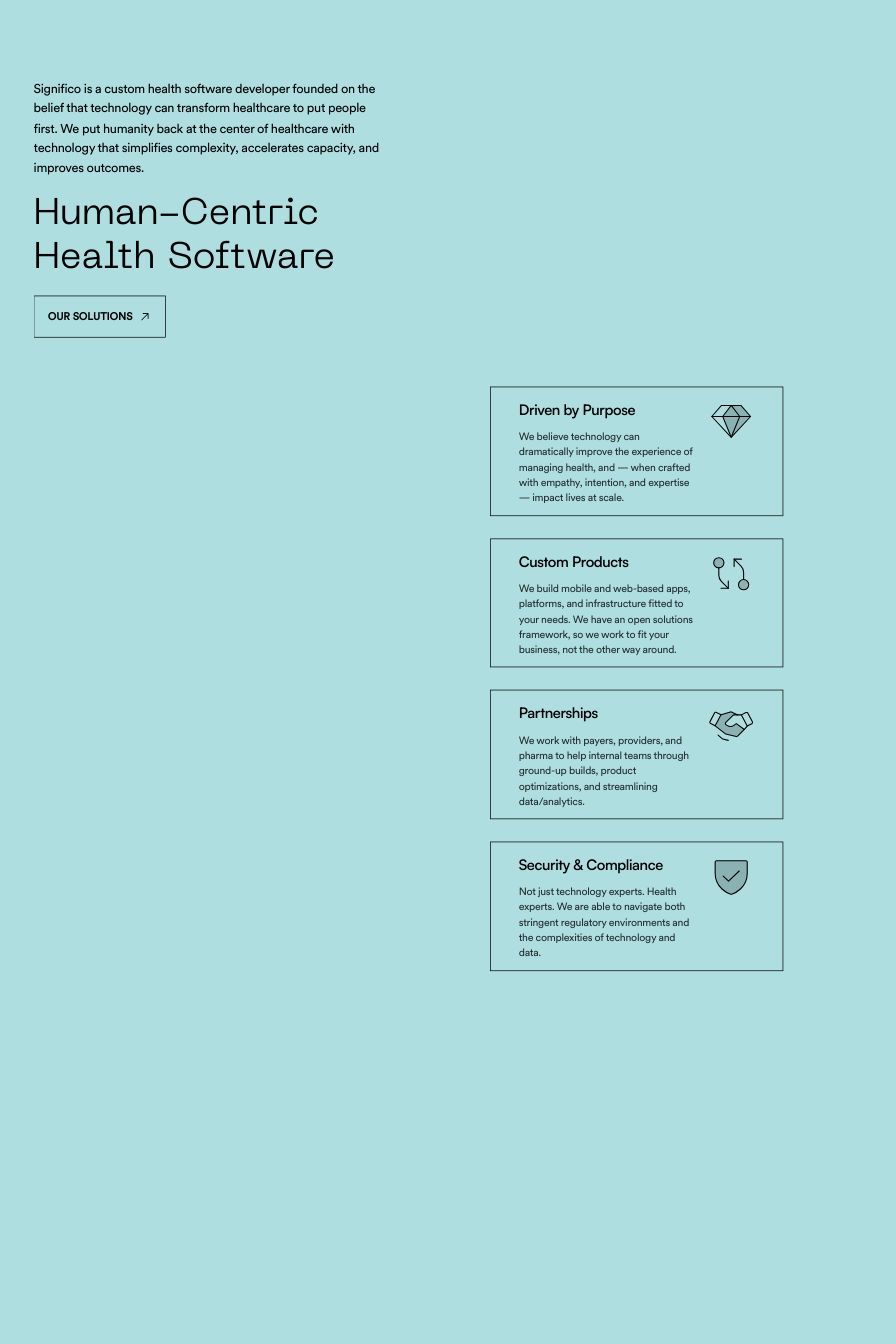
Repository: nikhilsinghrathore1/CAC_Ki_Majdoori
Page: /
The author's editor kept a copy of each file at every save. The page is drawn from the files as they stood at one save, then again after the next save.
The browser window is 1280 px wide. The pictures show the part of the page from y = 816 to 2736 px (the page is 2736 px tall), at 70% of full size.
The project was rebuilt for these pictures with package versions that can differ from the ones it lists, and the page was loaded fresh each time. Also part of the build but not shown: vite.config.ts.

Above is the page before, as saved 2024-07-25 10:41:59.

### index.html
<!doctype html>
<html lang="en">
  <head>
    <meta charset="UTF-8" />
    <link rel="icon" type="image/svg+xml" href="/vite.svg" />
    <meta name="viewport" content="width=device-width, initial-scale=1.0" />
    <title>CAC Not hopefully test draft</title>
  </head>
  <body>
    <div id="root"></div>
    <script type="module" src="/src/main.tsx"></script>
  </body>
</html>

### src/App.tsx

import './App.css'
import Landing from './Pages/Landing'
import SecondTest from './Pages/SecondTest'
import ThirdTest from './Pages/ThirdTest'

function App() {

  return (
    <>
      <Landing/>
      <SecondTest/>
      <ThirdTest/>
    </>
  )
}

export default App

### src/index.css
@tailwind base;
@tailwind components;
@tailwind utilities;

/* Hide scrollbar for Chrome, Safari and Opera */
*::-webkit-scrollbar {
            width: 3px;


}

### src/App.css
@font-face {
  font-family: font1;
  src: url("/PPNeueMontreal-Regular.ttf");
}

@font-face {
  font-family: font2;
  src: url("/659dbdfd5a080be8d3483173_Satoshi-Variable.ttf");
}
 @font-face {
  font-family: font4;
  src: url("/public/CircularXXWeb-Book.ttf");
}
@font-face {
  font-family: font3;
  src: url("/659dbdfd5a080be8d348316e_PP\ Neue\ Machina\ Inktrap\ Medium.ttf");
}
@font-face {
  font-family: font5;
  src: url("/public/659dbdfd5a080be8d348316f_PPNeueMachina_\ Light.ttf");
}

.f1{
  font-family: font1;
}
.f2{
  font-family: font2;
}

.f3{
  font-family: font3;
}
.f4{
  font-family: font4;
}
.f5{
  font-family: font5;
}
.transi{
  transition: all 0.5s ease-out;
}

### src/Pages/SecondTest.tsx
import React from 'react'
import Marquee from '../components/Marquee'

const SecondTest = () => {
  return (
               <>

               <div className='w-full h-screen bg-[#AEDEE0] relative   '>

               <div className='w-full text-center f2 font-semibold text-[23.5px] leading-none pt-[90px] tracking-wide'>
                 <h1 className='mb-4'>We foster growth through success</h1>
                 <h1>that is more than just a club:</h1>
               </div>

<div className='absolute top-[55%] left-1/2 -translate-x-1/2 -translate-y-1/2 w-full whitespace-nowrap overflow-hidden '>
               <Marquee text={["emphatatic" ,"useful","intuitive" , "nikoChan"]} dist={20}/>
               <Marquee text={["emphatatic" ,"useful","intuitive" , "nikoChan"]} dist={40}/>
               <Marquee text={["emphatatic" ,"useful","intuitive" , "nikoChan"]} dist={30}/>
               <Marquee text={["emphatatic" ,"useful","intuitive" , "nikoChan"]} dist={80}/>

</div>
</div>
</>
  )
}

export default SecondTest

### src/Pages/ThirdTest.tsx
import React from 'react'
import { GoArrowUpRight } from "react-icons/go";
import InsideAbout from '../components/InsideAbout';


const ThirdTest = () => {
  return (
    <div className='w-full h-[280vh] justify-between bg-[#AEDEE0] flex items-start px-12'>
               <div className='w-[41.9%] mt-20 pt-32 sticky top-0'>
                           <p className='f4 text-[1.14rem] font-normal tracking-tight leading-[1.78rem]'>Significo is a custom health software developer founded on the belief that technology can transform healthcare to put people first. We put humanity back at the center of healthcare with technology that simplifies complexity, accelerates capacity, and improves outcomes. </p>

                           <h1 className='f5 text-[3.3rem] mt-5 leading-[4rem]'>Human-Centric Health Software</h1>

                           <div className='w-[38%] h-[60px] mt-5 border border-black font-semibold uppercase flex items-center gap-2 text-[15px]  f4 justify-center'>
                              <h1 className='flex items-center gap-2'>our Solutions <GoArrowUpRight className='text-[1.2rem] '/></h1>
                           </div>
               </div>
               <div className='w-[50%]   h-full pt-[90vh] pl-12'>
                              <div className=' w-[77%] origin-center ml-3  transition-all  pt-4  flex justify-between gap-4 px-10 border border-black h-[13.5%]'>
                                            <InsideAbout mainText={"Driven by Purpose"} para={"We believe technology can dramatically improve the experience of managing health, and — when crafted with empathy, intention, and expertise — impact lives at scale."} svg={<svg width="100%" height="38%" viewBox="0 0 64 64" fill="none" xmlns="http://www.w3.org/2000/svg">
<path opacity="0.2" d="M45.9998 10H31.9998L19.7271 26L31.9998 56L59.9998 26L45.9998 10Z" fill="currentColor"></path>
<path d="M18 10H46L60 26L32 56L4 26L18 10Z" stroke="currentColor" stroke-width="1.5" stroke-linecap="round" stroke-linejoin="round"></path>
<path d="M44.2726 26L31.9998 56L19.7271 26L31.9998 10L44.2726 26Z" stroke="currentColor" stroke-width="1.5" stroke-linecap="round" stroke-linejoin="round"></path>
<path d="M4 26H60" stroke="currentColor" stroke-width="1.5" stroke-linecap="round" stroke-linejoin="round"></path>
</svg>}/>

                              </div>
                              <div className=' w-[77%] mt-8 origin-center ml-3  transition-all  pt-4  flex justify-between gap-4 px-10 border border-black h-[13.5%]'>
                                            <InsideAbout mainText={"Custom Products"} para={"We build mobile and web-based apps, platforms, and infrastructure fitted to your needs. We have an open solutions framework, so we work to fit your business, not the other way around."} svg={<svg width="100%" height="40%" viewBox="0 0 64 64" fill="none" xmlns="http://www.w3.org/2000/svg">
<path opacity="0.2" d="M49.0005 54C52.8665 54 56.0005 50.866 56.0005 47C56.0005 43.134 52.8665 40 49.0005 40C45.1345 40 42.0005 43.134 42.0005 47C42.0005 50.866 45.1345 54 49.0005 54Z" fill="currentColor"></path>
<path opacity="0.2" d="M15 24C18.866 24 22 20.866 22 17C22 13.134 18.866 10 15 10C11.134 10 8 13.134 8 17C8 20.866 11.134 24 15 24Z" fill="currentColor"></path>
<path d="M49.0005 54C52.8665 54 56.0005 50.866 56.0005 47C56.0005 43.134 52.8665 40 49.0005 40C45.1345 40 42.0005 43.134 42.0005 47C42.0005 50.866 45.1345 54 49.0005 54Z" stroke="currentColor" stroke-width="1.5" stroke-linecap="round" stroke-linejoin="round"></path>
<path d="M49.0006 40L49.0002 29.9703C49.0001 26.7878 47.7358 23.7358 45.4855 21.4855L36 12" stroke="currentColor" stroke-width="1.5" stroke-linecap="round" stroke-linejoin="round"></path>
<path d="M36 22V12H46" stroke="currentColor" stroke-width="1.5" stroke-linecap="round" stroke-linejoin="round"></path>
<path d="M15 24C18.866 24 22 20.866 22 17C22 13.134 18.866 10 15 10C11.134 10 8 13.134 8 17C8 20.866 11.134 24 15 24Z" stroke="currentColor" stroke-width="1.5" stroke-linecap="round" stroke-linejoin="round"></path>
<path d="M15 24L15.0004 34.0297C15.0005 37.2122 16.2648 40.2642 18.5151 42.5145L28.0006 52" stroke="currentColor" stroke-width="1.5" stroke-linecap="round" stroke-linejoin="round"></path>
<path d="M28.0003 42V52H18.0003" stroke="currentColor" stroke-width="1.5" stroke-linecap="round" stroke-linejoin="round"></path>
</svg>}/>

                              </div>
                              <div className=' w-[77%] mt-8 origin-center ml-3  transition-all  pt-4  flex justify-between gap-4 px-10 border border-black h-[13.5%]'>
                                            <InsideAbout mainText={"Partnerships"} para={"We work with payers, providers, and pharma to help internal teams through ground-up builds, product optimizations, and streamlining data/analytics."} svg={<svg width="100%" height="40%" viewBox="0 0 64 64" fill="none" xmlns="http://www.w3.org/2000/svg">
<path opacity="0.2" d="M50 38.2155L40.8007 47.4147C40.5565 47.659 40.2532 47.8358 39.9204 47.928C39.5875 48.0201 39.2365 48.0246 38.9014 47.9408L24.4122 44.3185C24.1404 44.2506 23.886 44.1263 23.6653 43.9537L10 33.268L18.1436 17.9475L30.9736 14.2071C31.4319 14.0735 31.9229 14.1082 32.3578 14.3051L41 18.2155H35.8284C35.5658 18.2155 35.3057 18.2672 35.0631 18.3677C34.8204 18.4682 34.5999 18.6155 34.4142 18.8012L24.6306 28.5848C24.428 28.7875 24.2713 29.0313 24.1711 29.2997C24.0709 29.5682 24.0295 29.855 24.0498 30.1408C24.0702 30.4267 24.1517 30.7048 24.2888 30.9564C24.426 31.208 24.6156 31.4271 24.8448 31.5991L26.2 32.6155C27.5848 33.654 29.269 34.2155 31 34.2155C32.731 34.2155 34.4152 33.654 35.8 32.6155L39 30.2155L50 38.2155Z" fill="currentColor"></path>
<path d="M60.1794 30.4462L54 33.5359L46 18.2154L52.2423 15.0942C52.7113 14.8597 53.2536 14.8188 53.7525 14.9802C54.2514 15.1416 54.6669 15.4925 54.9096 15.9573L61.0578 27.7316C61.1808 27.967 61.2556 28.2246 61.2779 28.4892C61.3002 28.7539 61.2696 29.0204 61.1878 29.2731C61.1061 29.5258 60.9748 29.7596 60.8016 29.9611C60.6285 30.1625 60.417 30.3274 60.1794 30.4462V30.4462Z" stroke="currentColor" stroke-width="1.5" stroke-linecap="round" stroke-linejoin="round"></path>
<path d="M10.0011 33.2681L3.8217 30.1784C3.58414 30.0596 3.37261 29.8947 3.19947 29.6932C3.02633 29.4918 2.89504 29.258 2.81327 29.0052C2.7315 28.7525 2.70088 28.4861 2.7232 28.2214C2.74552 27.9568 2.82033 27.6992 2.94327 27.4638L9.09151 15.6895C9.33421 15.2247 9.74973 14.8738 10.2486 14.7124C10.7475 14.551 11.2898 14.5919 11.7588 14.8264L18.0011 17.9475L10.0011 33.2681Z" stroke="currentColor" stroke-width="1.5" stroke-linecap="round" stroke-linejoin="round"></path>
<path d="M54 33.5359L50 38.2154L40.8007 47.4147C40.5565 47.6589 40.2532 47.8357 39.9204 47.9279C39.5875 48.0201 39.2365 48.0245 38.9014 47.9407L24.4122 44.3184C24.1404 44.2505 23.886 44.1262 23.6653 43.9537L10 33.2679" stroke="currentColor" stroke-width="1.5" stroke-linecap="round" stroke-linejoin="round"></path>
<path d="M50 38.2155L39 30.2155L35.8 32.6155C34.4152 33.654 32.7309 34.2155 31 34.2155C29.269 34.2155 27.5848 33.654 26.2 32.6155L24.8448 31.5991C24.6156 31.4271 24.4259 31.208 24.2888 30.9564C24.1516 30.7048 24.0701 30.4267 24.0498 30.1408C24.0295 29.855 24.0709 29.5682 24.1711 29.2997C24.2713 29.0313 24.428 28.7875 24.6306 28.5849L34.4142 18.8012C34.5999 18.6155 34.8204 18.4682 35.063 18.3677C35.3057 18.2672 35.5658 18.2155 35.8284 18.2155H46" stroke="currentColor" stroke-width="1.5" stroke-linecap="round" stroke-linejoin="round"></path>
<path d="M18.1433 17.9475L30.9733 14.2071C31.4316 14.0735 31.9226 14.1082 32.3576 14.3051L40.9997 18.2155" stroke="currentColor" stroke-width="1.5" stroke-linecap="round" stroke-linejoin="round"></path>
<path d="M28 53.2154L20.4651 51.3317C20.1594 51.2552 19.876 51.1076 19.6381 50.9008L14 46" stroke="currentColor" stroke-width="1.5" stroke-linecap="round" stroke-linejoin="round"></path>
</svg>}/>

                              </div>
                              <div className=' w-[77%] mt-8 origin-center ml-3  transition-all  pt-4  flex justify-between gap-4 px-10 border border-black h-[13.5%]'>
                                            <InsideAbout mainText={"Security & Compliance"} para={"Not just technology experts. Health experts. We are able to navigate both stringent regulatory environments and the complexities of technology and data."} svg={<svg width="100%" height="40%" viewBox="0 0 64 64" fill="none" xmlns="http://www.w3.org/2000/svg">
<path opacity="0.2" d="M10 26.6667V12C10 11.4696 10.2107 10.9609 10.5858 10.5858C10.9609 10.2107 11.4696 10 12 10H52C52.5304 10 53.0391 10.2107 53.4142 10.5858C53.7893 10.9609 54 11.4696 54 12V26.6667C54 47.6705 36.1735 54.6292 32.6141 55.8093C32.2161 55.9463 31.7839 55.9463 31.386 55.8093C27.8265 54.6292 10 47.6705 10 26.6667Z" fill="currentColor"></path>
<path d="M10 26.6667V12C10 11.4696 10.2107 10.9609 10.5858 10.5858C10.9609 10.2107 11.4696 10 12 10H52C52.5304 10 53.0391 10.2107 53.4142 10.5858C53.7893 10.9609 54 11.4696 54 12V26.6667C54 47.6705 36.1735 54.6292 32.6141 55.8093C32.2161 55.9463 31.7839 55.9463 31.386 55.8093C27.8265 54.6292 10 47.6705 10 26.6667Z" stroke="currentColor" stroke-width="1.5" stroke-linecap="round" stroke-linejoin="round"></path>
<path d="M43 24L28.3333 38L21 31" stroke="currentColor" stroke-width="1.5" stroke-linecap="round" stroke-linejoin="round"></path>
</svg>}/>

                              </div>
               </div>
    </div>
  )
}

export default ThirdTest

### src/components/Marquee.tsx
import React from 'react'

type marqueprop ={
               text:String[]
               dist:Number
}

const Marquee = ({text , dist}:marqueprop) => {
               // console.log(dist)
  return (
    <div className={`w-full flex gap-6 items-center f3 text-[78px] leading-none`}
    style={{ transform: `translateX(-${dist}%)` }}
    >
               <div className='flex  gap-6  px-2 items-center'>
                              <h1>{text[0]}</h1>
                              <div className='w-12 mt-[0px] h-12 rounded-full'>
                                <img className='w-full  h-full object-cover' src="https://cdn.prod.website-files.com/659dbdfd5a080be8d3483164/659dbdfd5a080be8d3483184_Ellipse%20845.webp" alt="not showing" />
                              </div>
               </div>
               <div className='flex  gap-6  px-2 items-center'>
                              <h1>{text[1]}</h1>
                              <div className='w-12  mt-[0px] h-12 rounded-full'>
                                <img className='w-full  h-full object-cover' src="https://cdn.prod.website-files.com/659dbdfd5a080be8d3483164/659dbdfd5a080be8d3483183_Ellipse%20845-6.webp" alt="not showing" />
                              </div>
               </div>
               <div className='flex  gap-6  px-2 items-center'>
                              <h1>{text[2]}</h1>
                              <div className='w-12  mt-[0px] h-12 rounded-full'>
                                <img className='w-full  h-full object-cover' src="https://cdn.prod.website-files.com/659dbdfd5a080be8d3483164/659dbdfd5a080be8d348317a_Ellipse%20845-10.webp" alt="not showing" />
                              </div>
               </div>
               <div className='flex  gap-6  px-2 items-center'>
                              <h1>{text[3]}</h1>
                              <div className='w-12  mt-[0px] h-12 rounded-full'>
                                <img className='w-full  h-full object-cover' src="https://cdn.prod.website-files.com/659dbdfd5a080be8d3483164/659dbdfd5a080be8d3483195_Ellipse%20845.webp" alt="not showing" />
                              </div>
               </div>
               <div className='flex  gap-6  px-2 items-center'>
                              <h1>{text[0]}</h1>
                              <div className='w-12  mt-[0px] h-12 rounded-full'>
                                    <img className='w-full  h-full object-cover' src="https://cdn.prod.website-files.com/659dbdfd5a080be8d3483164/659dbdfd5a080be8d3483181_Ellipse%20845-5.webp" alt="not showing" />
                              </div>
               </div>
               <div className='flex  gap-6  px-2 items-center'>
                              <h1>{text[1]}</h1>
                              <div className='w-12  mt-[12px] h-12 rounded-full'>
                                <img className='w-full  h-full object-cover' src="https://cdn.prod.website-files.com/659dbdfd5a080be8d3483164/659dbdfd5a080be8d3483180_Ellipse%20845-4.webp" alt="not showing" />
                              </div>
               </div>

    </div>
  )
}

export default Marquee

### src/components/InsideAbout.tsx
import React from 'react'

const InsideAbout = ({mainText, para , svg}) => {
  return (
                 <>
                 <div className='w-[280px] h-full'>
               <h1 className='f2 text-[1.3rem] tracking-tight font-semibold'>{mainText}</h1>
               <p className='text-[15px]   f4 opacity-80 font-light tracking-tight leading-[22px] mt-3'>{para}</p>
</div>
<div className='w-[22%] h-full '>
{svg}
</div>
                 </>

  )
}

export default InsideAbout

Loaded but not shown: src/main.tsx (common file); tailwind.config.js (common file); src/Pages/Landing.tsx (262 lines, source omitted)

After the next save:
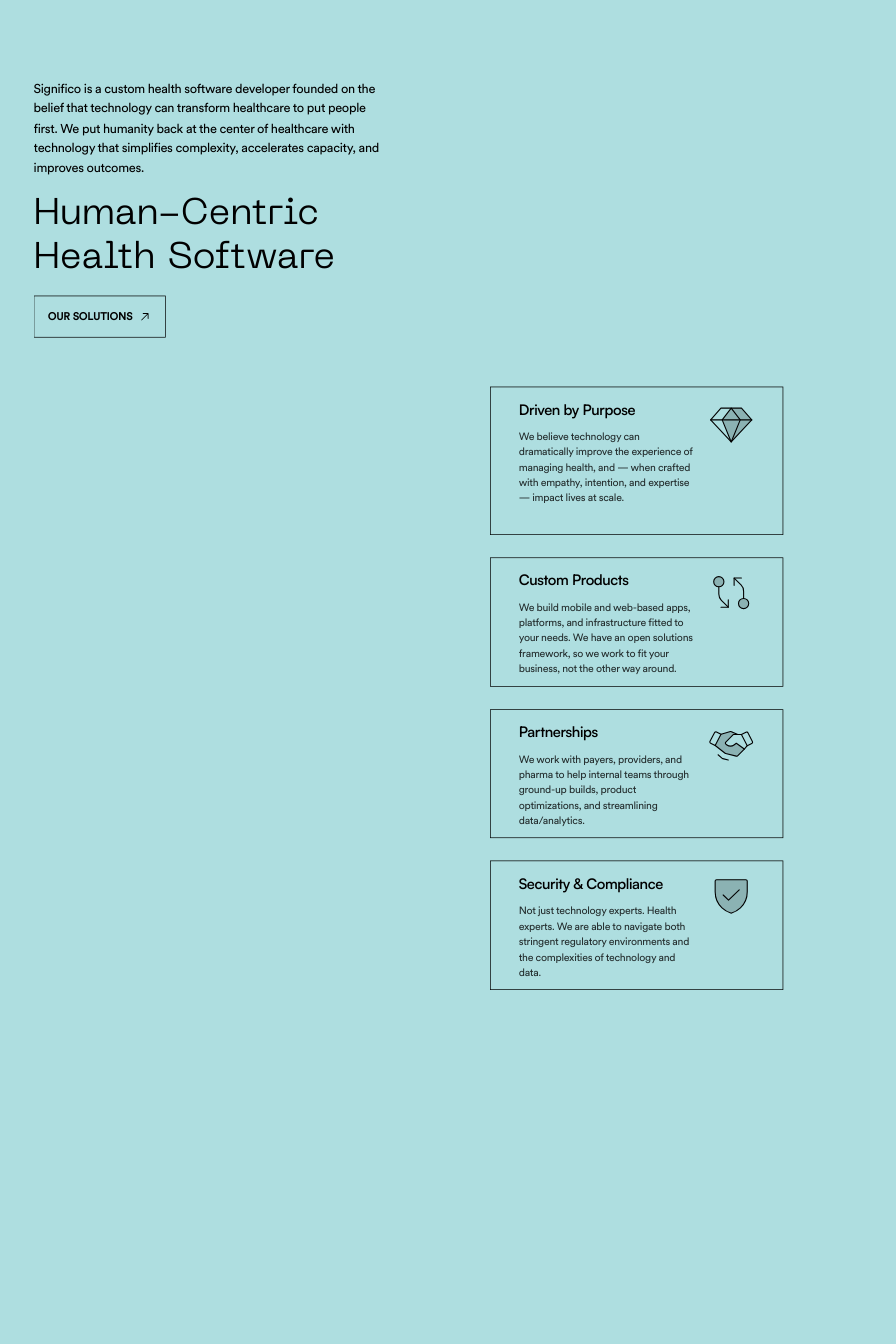
Saved 4 s later.
--- a/src/Pages/ThirdTest.tsx
+++ b/src/Pages/ThirdTest.tsx
@@ -16,7 +16,7 @@
                            </div>
                </div>
                <div className='w-[50%]   h-full pt-[90vh] pl-12'>
-                              <div className=' w-[77%] origin-center ml-3  transition-all  pt-4  flex justify-between gap-4 px-10 border border-black h-[13.5%]'>
+                              <div className=' w-[77%] origin-center ml-3  transition-all  pt-4  flex justify-between gap-4 px-10 border border-black h-[15.5%]'>
                                             <InsideAbout mainText={"Driven by Purpose"} para={"We believe technology can dramatically improve the experience of managing health, and — when crafted with empathy, intention, and expertise — impact lives at scale."} svg={<svg width="100%" height="38%" viewBox="0 0 64 64" fill="none" xmlns="http://www.w3.org/2000/svg">
 <path opacity="0.2" d="M45.9998 10H31.9998L19.7271 26L31.9998 56L59.9998 26L45.9998 10Z" fill="currentColor"></path>
 <path d="M18 10H46L60 26L32 56L4 26L18 10Z" stroke="currentColor" stroke-width="1.5" stroke-linecap="round" stroke-linejoin="round"></path>
